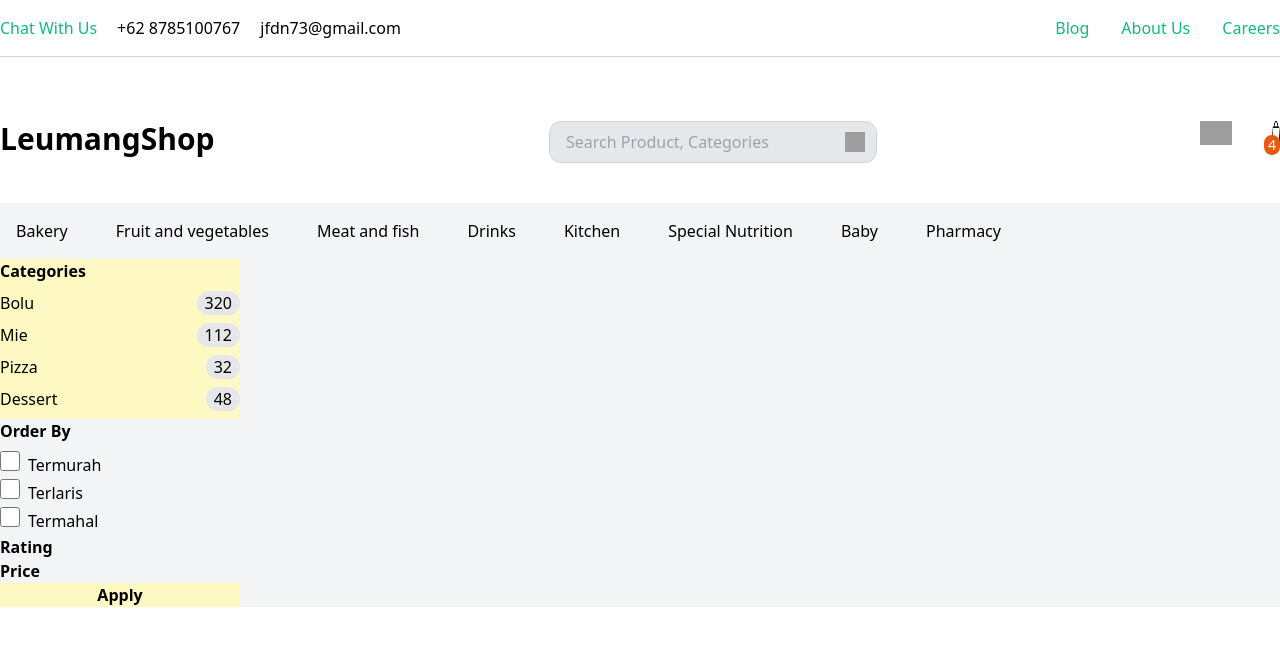
Repository: jafetdn73/ecommerce-tailwind
Page: /
An editor plug-in stored every save of this project. The page is shown before and after the next save, followed by the edit.
The browser window is 1280 px wide. The pictures show the whole page.
Pictures or frames that could not be fetched are drawn as grey boxes. The project was rebuilt for these pictures with package versions that can differ from the ones it lists, and the page was loaded fresh each time. Also part of the build but not shown: src/App.css.

Above is the page before, as saved 2022-03-13 22:35:35.

After the next save:
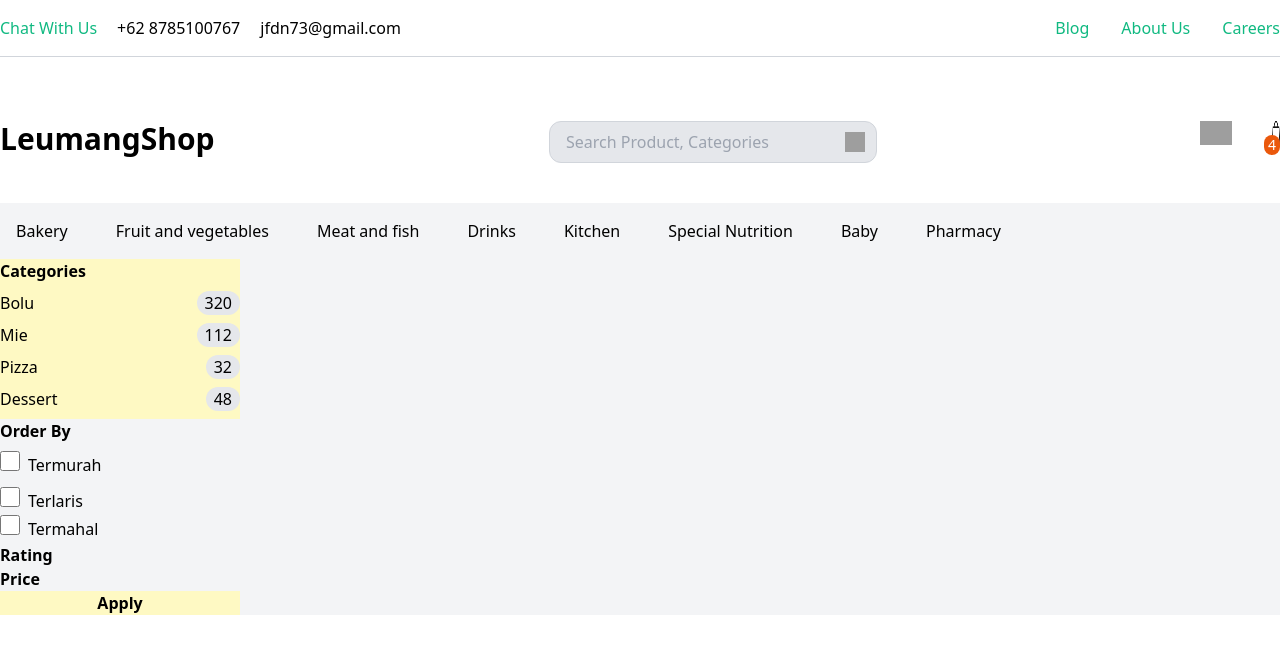
Saved 32 s later.
--- a/src/App.js
+++ b/src/App.js
@@ -78,10 +78,10 @@
           {/* Order By Categories */}
           <div className="bg-gray-100 flex flex-col">
             <h1 className="font-bold mb-2">Order By</h1>
-           <div >
+           <div className="pb-2">
              <input type="checkbox" className="bg-lime-600 w-5 h-5 mr-2 mb-2">
                </input>
-               <label className="pb-2">Termurah</label>
+               <label >Termurah</label>
           </div>
           <div>
             <input type="checkbox"  className="bg-lime-600 w-5 h-5 mr-2 mb-2"></input><label>Terlaris</label>

After the save that followed:
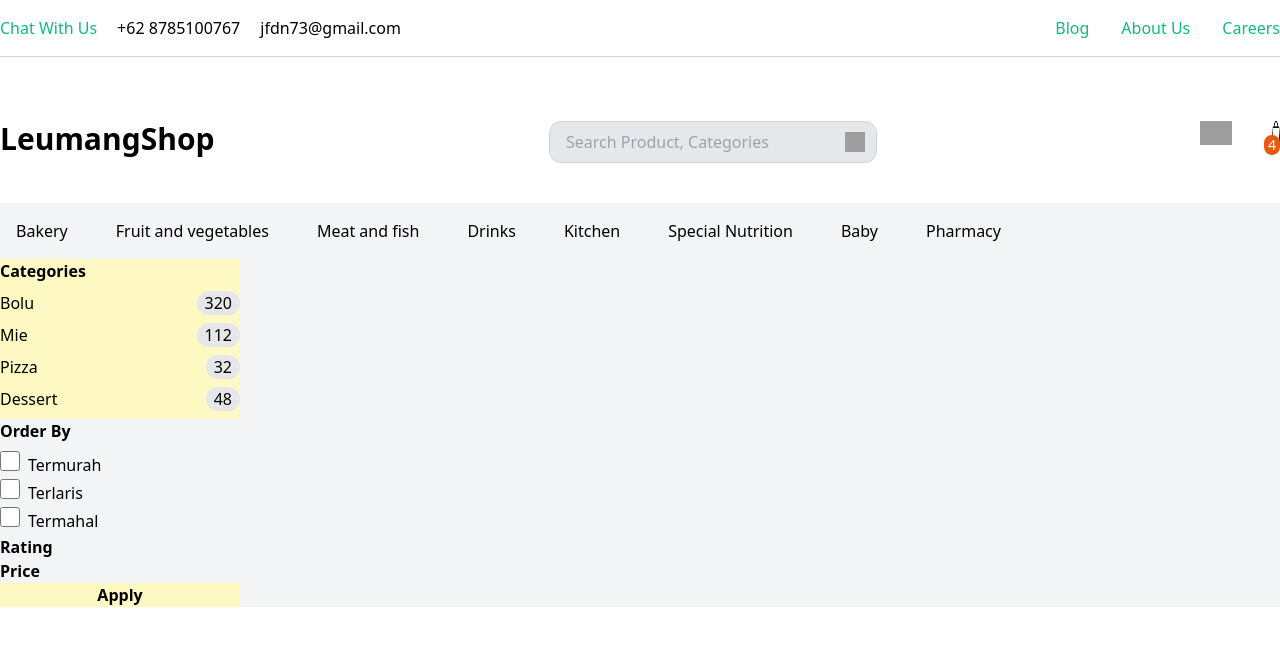
Saved 18 s later.
--- a/src/App.js
+++ b/src/App.js
@@ -78,7 +78,7 @@
           {/* Order By Categories */}
           <div className="bg-gray-100 flex flex-col">
             <h1 className="font-bold mb-2">Order By</h1>
-           <div className="pb-2">
+           <div >
              <input type="checkbox" className="bg-lime-600 w-5 h-5 mr-2 mb-2">
                </input>
                <label >Termurah</label>
